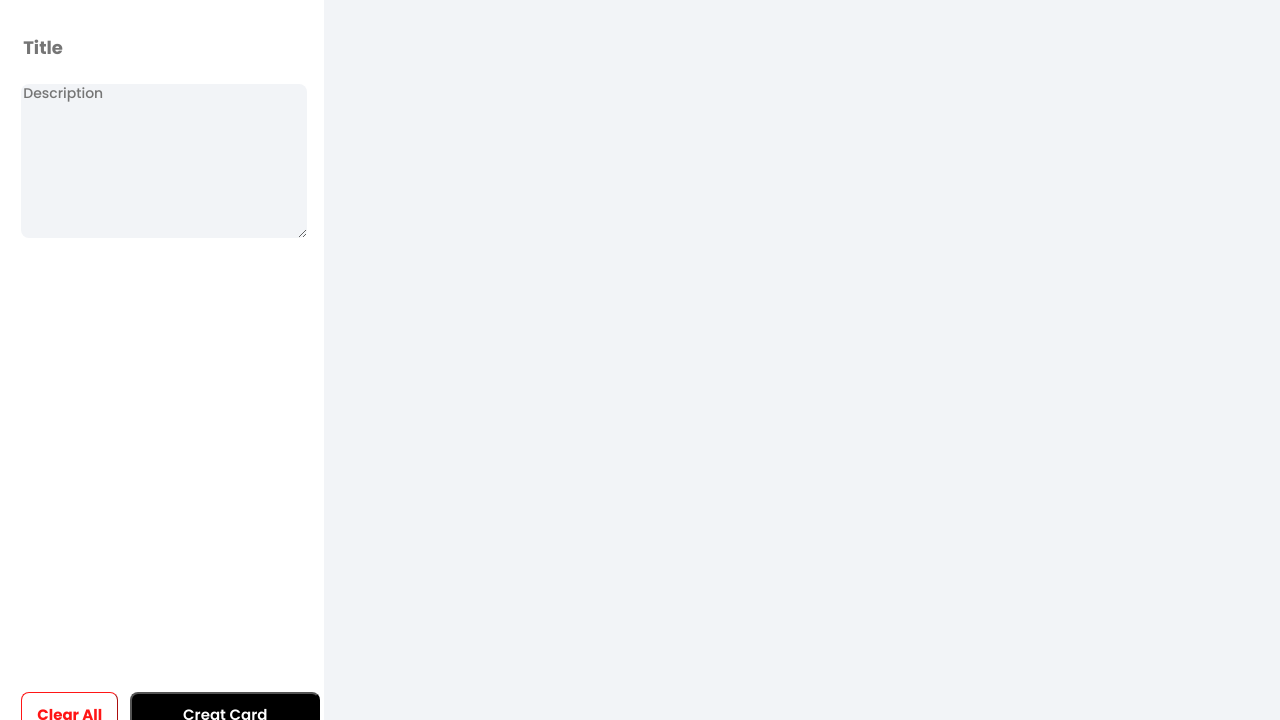
Repository: ReyhanehRahmani/TO-DO
Page: index.html
These files come from the project's save history. The page is drawn as it stood at one moment and after the next save; the edit follows.
The browser window is 1280 px wide. The pictures show the whole page.
Some web fonts or font styles are not loaded; a fallback is used.

Above is the page before, as saved 2025-06-08 14:04:10.

### index.html
<!DOCTYPE html>

<html lang="en">

    <head>

        <meta name="viewport" content="width=device-width, initial-scale=1.0" />

        <title>TO-DO</title>

        <link rel="icon" type="image/jpg" href="favicon.png">

        <link rel="stylesheet" href="style.css">

        <link rel="preconnect" href="https://fonts.googleapis.com">

        <link rel="preconnect" href="https://fonts.gstatic.com" crossorigin>

        <link href="https://fonts.googleapis.com/css2?family=Poppins:ital,wght@0,100;0,200;0,300;0,400;0,500;0,600;0,700;0,800;0,900;1,100;1,200;1,300;1,400;1,500;1,600;1,700;1,800;1,900&family=Sofia+Sans:ital,wght@0,1..1000;1,1..1000&display=swap" rel="stylesheet">

    </head>
    <body>
        <div id="side">

            <div id="main-card">
            <div id="content">
                <div >
                <div id="title">
                    <input type="text" id="titlebox" minlength="3" maxlength="30" placeholder="Title">
                </div>
                <div id="description">
                    <textarea type="text" id="descriptionbox" maxlength="200" placeholder="Description"></textarea>
                </div>
                </div>

                <div id="buttons">
                    <div id="clear"><button id="clearbut">Clear All</button></div>
                    <div id="creat"><button id="creatbut">Creat Card</button></div>
                </div>
            </div>

            </div>

            <div id="cardsContainer"></div>
        </div>

        <script src="script.js"></script>
    </body>

### style.css
@media screen and (max-width: 1279px){

body{
    background-color: #F2F4F7;
}



#main-card{
    margin-left: 6%;
    margin-right: 6%;
    margin-top: 6%;
    background-color: #FFFFFF;
}

#content{
    margin-right: 6.557377049%;
    margin-left: 6.557377049%;
    margin-top: 6.557377049%;
    margin-bottom: 6.557377049%;
}

#titlebox{
    font-family: 'Poppins';
    font-weight: 700;
    font-size: 18px;
    line-height: 150%;
    letter-spacing: -2%;
    border: none;
    width: 100%;
    height: 51px;
}

#descriptionbox{
    border: none;
    width: 100%;
    font-family: 'Poppins';
    font-weight: 500;
    font-size: 14px;
    line-height: 100%;
    letter-spacing: -3%;
    height: 150px;
    border-radius: 8px;
    background: #F2F4F7;

    margin-top: 10px;

}

#content{
    display: flex;
    flex-direction: column;
    justify-content: space-between;
    gap: 516px;
}

#buttons{
    display: flex;
    justify-content: space-between;
    gap: 12px;
    margin-bottom: 25px;
}

#clear{
    text-align: center;
    justify-content: center;
}

#clearbut{
    height: 44px;
    border-radius: 8px;
    border-width: 1.4px;
    border-color: #FF1616;
    background-color: #FFFFFF;
    font-family: 'Poppins';
    font-weight: 700;
    font-size: 15px;
    line-height: 100%;
    letter-spacing: -3%;
    color: #FF1616;
    white-space: nowrap;
    width: 97px;

}

#creat{
    text-align: center;
    justify-content: center;
}

#creatbut{
    height: 44px;
    border-radius: 8px;
    background: #000000;
    font-family: 'Poppins';
    font-weight: 600;
    font-size: 15px;
    line-height: 100%;
    letter-spacing: -3%;
    color: #FFFFFF;
    width: 190px;

}

.cardsContainer{
    justify-content: center;
}


.card {
    width: 76.923076923%;
    height: 238px;
    border-radius: 8px;
    background: #FCFCFD;
    box-shadow: 0px 0.5px 2px 0px #1018284D;
    justify-self: center;
    position: relative;
    margin-bottom: 24px;
}


.cardTitle{
    font-family: 'Poppins';
    font-weight: 700;
    font-size: 18px;
    line-height: 150%;
    letter-spacing: -2%;
    margin-left: 6.25%;
    padding-top: 4.1%;


}

.cardDate{
    font-family: 'Poppins';
    font-weight: 600;
    font-size: 13px;
    line-height: 150%;
    letter-spacing: -2%;
    margin-left: 6.25%;
    color: #98A2B3;
    margin-top: 6px;

}

.cardDesc{
    font-family: 'Poppins';
    font-weight: 500;
    font-size: 13px;
    line-height: 150%;
    letter-spacing: -2%;
    color: #98A2B3;
    margin-left: 6.25%;
    margin-top: 16px;
}

#todoTitle{
    font-family: 'Poppins';
    font-weight: 800;
    font-size: 32px;
    line-height: 100%;
    letter-spacing: -0.75%;
    color: #000000;
    margin-left: 12%;
    margin-bottom: 20px;
    margin-top: 80px;

}}

@media screen and (min-width: 1280px){


body, html {
    height: 100%;
    margin: 0;
    overflow: hidden;
    background-color: #F2F4F7;

}


#content{
    margin-right: 6.557377049%;
    margin-left: 6.557377049%;
    margin-top: 6.557377049%;
    margin-bottom: 6.557377049%;
}

#titlebox{
    font-family: 'Poppins';
    font-weight: 700;
    font-size: 18px;
    line-height: 150%;
    letter-spacing: -2%;
    border: none;
    width: 100%;
    height: 51px;
}

#descriptionbox{
    border: none;
    width: 100%;
    font-family: 'Poppins';
    font-weight: 500;
    font-size: 14px;
    line-height: 100%;
    letter-spacing: -3%;
    height: 150px;
    border-radius: 8px;
    background: #F2F4F7;

    margin-top: 10px;

}

#main-card{
    background-color: #FFFFFF;
    width: 25.31120332%;
    margin: 0%;
    height: 100vh;


}

#side{
  display: flex;
  flex-direction: row;
  height: 100vh;
  overflow: hidden;

}


#content{
    display: flex;
    flex-direction: column;
    justify-content: space-between;
    gap: 450px;
}

#buttons{
    display: flex;
    justify-content: space-between;
    gap: 12px;
    margin-bottom: 25px;
}

#clear{
    text-align: center;
    justify-content: center;
}

#clearbut{
    height: 44px;
    border-radius: 8px;
    border-width: 1.4px;
    border-color: #FF1616;
    background-color: #FFFFFF;
    font-family: 'Poppins';
    font-weight: 700;
    font-size: 15px;
    line-height: 100%;
    letter-spacing: -3%;
    color: #FF1616;
    white-space: nowrap;
    width: 97px;

}

#creat{
    text-align: center;
    justify-content: center;
}

#creatbut{
    height: 44px;
    border-radius: 8px;
    background: #000000;
    font-family: 'Poppins';
    font-weight: 600;
    font-size: 15px;
    line-height: 100%;
    letter-spacing: -3%;
    color: #FFFFFF;
    width: 190px;

}

#cardsContainer{
    overflow-y: auto;
    margin-left: 2%;
    height: 100vh;
    width: 22.130013831%;


}


.card {
    height: 238px;
    border-radius: 8px;
    background: #FCFCFD;
    box-shadow: 0px 0.5px 2px 0px #1018284D;
    position: relative;
    margin-bottom: 24px;

}


.cardTitle{
    font-family: 'Poppins';
    font-weight: 700;
    font-size: 18px;
    line-height: 150%;
    letter-spacing: -2%;
    margin-left: 6.25%;
    padding-top: 3.1%;


}

.cardDate{
    font-family: 'Poppins';
    font-weight: 600;
    font-size: 13px;
    line-height: 150%;
    letter-spacing: -2%;
    margin-left: 6.25%;
    color: #98A2B3;
    margin-top: 6px;

}

.cardDesc{
    font-family: 'Poppins';
    font-weight: 500;
    font-size: 13px;
    line-height: 150%;
    letter-spacing: -2%;
    color: #98A2B3;
    margin-left: 6.25%;
    margin-top: 16px;
}

#todoTitle{
    font-family: 'Poppins';
    font-weight: 800;
    font-size: 32px;
    line-height: 100%;
    letter-spacing: -0.75%;
    color: #000000;
    margin-left: 1%;
    margin-bottom: 20px;
    margin-top: 40px;

}

}

### script.js
document.getElementById("creatbut").onclick = function () {

    const title = document.getElementById("titlebox").value.trim();
    const desc = document.getElementById("descriptionbox").value.trim();

    const card = document.createElement("div");
    card.classList.add("card");

    const cardItems =document.createElement("div");
    card.classList.add("cardItem");

    card.appendChild(cardItems);

    const titleElem = document.createElement("div");
    titleElem.classList.add("cardTitle");
    titleElem.textContent = title;

    const dateElem = document.createElement("div");
    dateElem.classList.add("cardDate");

    const now = new Date();
    const day = now.getDate();
    const monthNames = ["January", "February", "March", "April", "May", "June","July", "August", "September", "October", "November", "December"];

    const month = monthNames[now.getMonth()];

    const formattedDate = day + " " + month;

    dateElem.textContent = formattedDate + " • " + " Assigned to Taha ";

    const descElem = document.createElement("div");
    descElem.classList.add("cardDesc");
    descElem.textContent = desc;

    cardItems.appendChild(titleElem);
    cardItems.appendChild(dateElem);
    cardItems.appendChild(descElem);

    document.getElementById("cardsContainer").appendChild(card);

    const container = document.getElementById("cardsContainer");

    if (!document.getElementById("todoTitle")) {
    const todo = document.createElement("div");
    todo.id = "todoTitle";
    todo.textContent = "TO DO";
    todo.classList.add("todoHeader");

    container.insertBefore(todo, container.firstChild);}



    document.getElementById("clearbut").addEventListener("click", function () {
    document.getElementById("titlebox").value = "";
    document.getElementById("descriptionbox").value = "";});


};

After the next save:
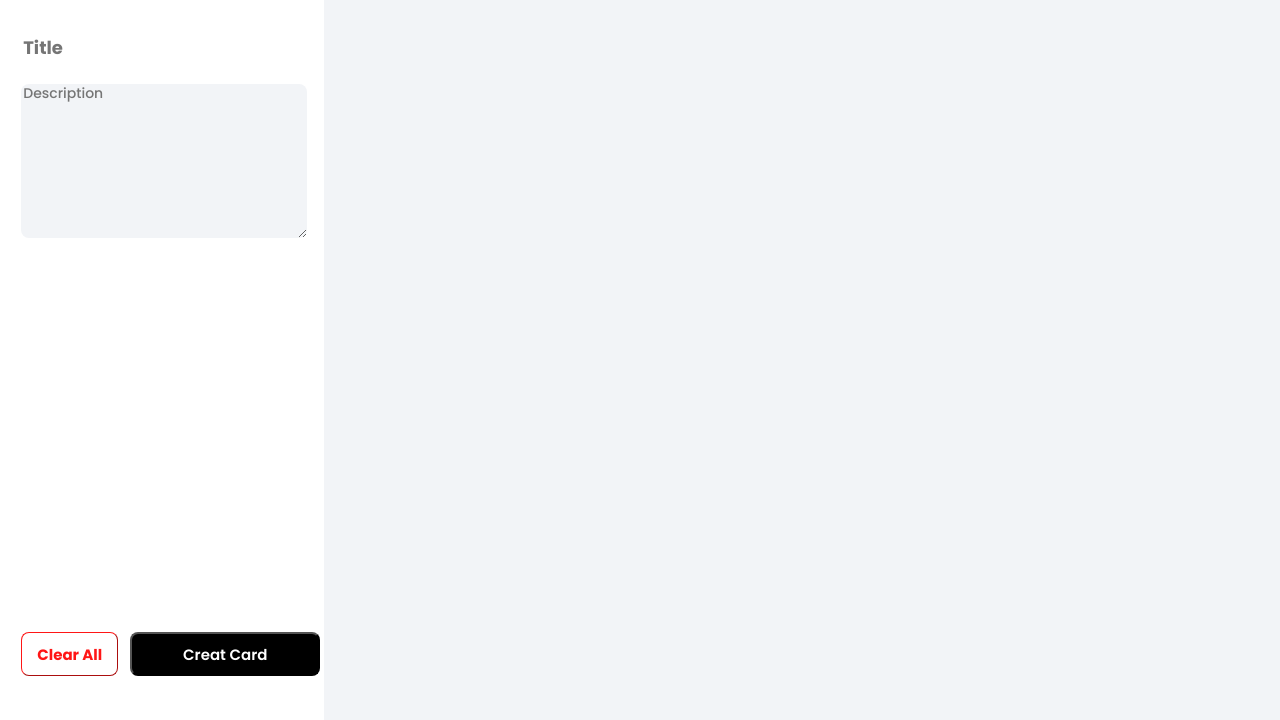
Saved 8 s later.
--- a/style.css
+++ b/style.css
@@ -235,7 +235,7 @@ body, html {
     display: flex;
     flex-direction: column;
     justify-content: space-between;
-    gap: 450px;
+    gap: 390px;
 }
 
 #buttons{
